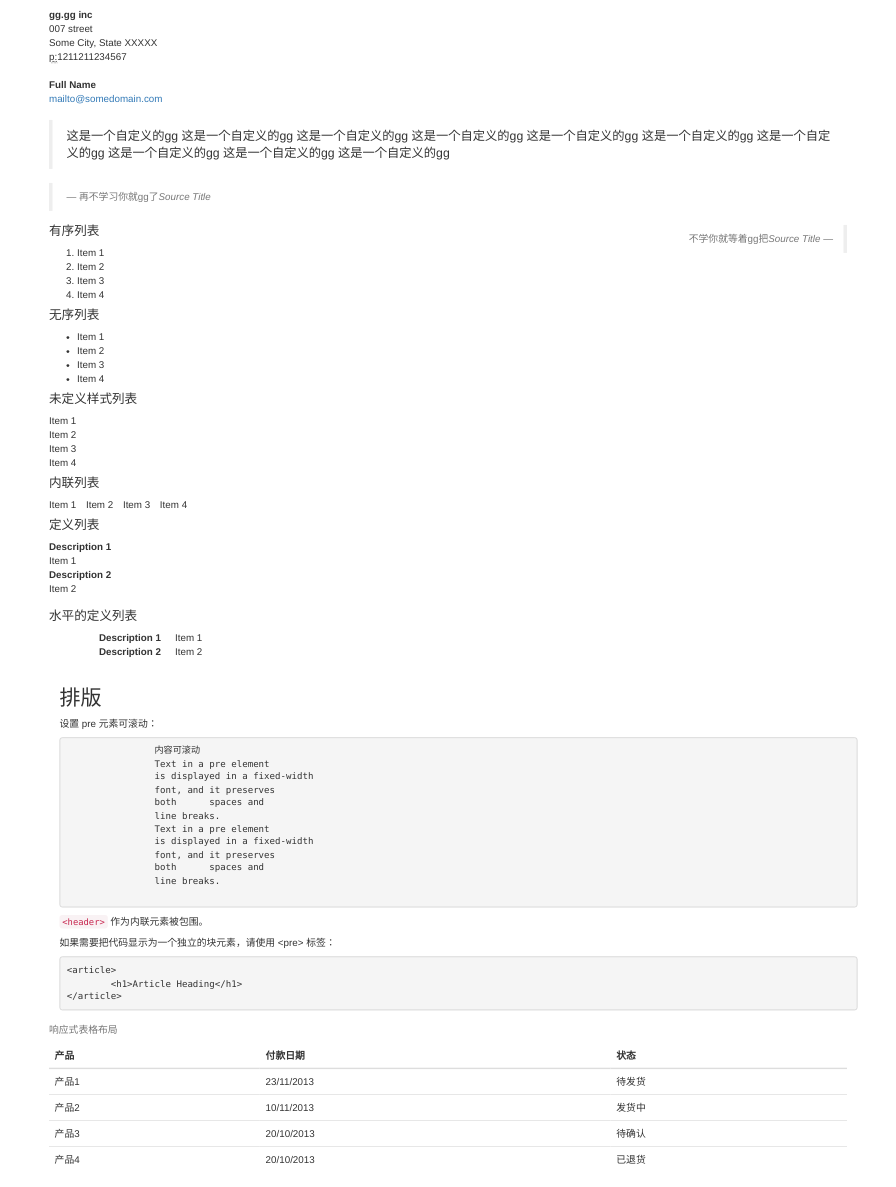
Repository: SnugHAN/eshop_real
Page: eshop_han/gg_shop/WebContent/test.html
These files come from the project's save history. The page is drawn as it stood at one moment and after the next save; the edit follows.
The browser window is 1280 px wide. The pictures show the part of the page from y = 705 to 2625 px (the page is 2400 px tall before and 2625 px after), at 70% of full size.

Above is the page before, as saved 2017-05-26 08:45:37.
Console error (its wording comes from the project's code and is left out).

### eshop_han/gg_shop/WebContent/test.html
<!DOCTYPE html>
<html>
<head>
   <meta charset="utf-8">
   <meta name="viewport" content="width=deceive-width,
                                  initial-scale=1.0,
                                  maxmum-scale=1.0,
                                  user-scalable=no


   ">
   <title>测试一下bootstrap好用不</title>
  <link rel="stylesheet" href="bootstrap-3.3.7-dist/css/bootstrap.min.css">
  <link rel="stylesheeet" href="css/login.css">
   <script src="bootstrap-3.3.7-dist/js/bootstrap.min.js"></script>

</head>
<body>
    <div class="container">
    <h1>Hello, world!</h1>

    <div class="row">
        <div class="col-md-6"  style="background-color: #dedef8; box-shadow: inset 1px -1px 1px #444, inset -1px 1px 1px #444;">
            <p>Lorem ipsum dolor sit amet, consectetur adipisicing elit, sed do
            eiusmod tempor incididunt ut labore et dolore magna aliqua. Ut
            enim ad minim veniam, quis nostrud exercitation ullamco laboris
            nisi ut aliquip ex ea commodo consequat.
            </p>

            <p>Sed ut perspiciatis unde omnis iste natus error sit voluptatem
            accusantium doloremque laudantium, totam rem aperiam, eaque ipsa
            quae ab illo inventore veritatis et quasi architecto beatae vitae
            dicta sunt explicabo.
            </p>
        </div>

        <div class="col-md-6" style="background-color: #dedef8;box-shadow: inset 1px -1px 1px #444, inset -1px 1px 1px #444;">
            <p>Sed ut perspiciatis unde omnis iste natus error sit voluptatem
            accusantium doloremque laudantium.
            </p>

            <p> Neque porro quisquam est, qui dolorem ipsum quia dolor sit amet,
            consectetur, adipisci velit, sed quia non numquam eius modi
            tempora incidunt ut labore et dolore magnam aliquam quaerat
            voluptatem.
            </p>
        </div>
    </div>
    <div class="font">
    <h1>gg</h1>
    <h2>gg</h2>
    <h3>gg</h3>
    <h4>gg</h4>
    <h5>gg</h5>
    <h6>gg</h6>
    <small>gg</small>
    <em>gg</em>
    <p class="text-left">gg</p>
    <p class="text-center">gg</p>
    <p class="text-right">gg</p>
    <p class="text-warning">gg</p>
    <p class="text-success">gg</p>
    <p class="text-danger">gg</p>
    <p class="text-info">gg</p>
    <p class="text-primary">gg</p>
    </div>
    <address>
    <strong>gg.gg  inc</strong><br>
    007 street<br>
  Some City, State XXXXX<br>
  <abbr title="Phone">p:</abbr>1211211234567

    </address>
    <address>
    <strong>Full Name</strong><br>
  <a href="mailto:#">mailto@somedomain.com</a>
    </address>
    <blockquote><p>这是一个自定义的gg 这是一个自定义的gg 这是一个自定义的gg 这是一个自定义的gg 这是一个自定义的gg
    这是一个自定义的gg 这是一个自定义的gg 这是一个自定义的gg 这是一个自定义的gg 这是一个自定义的gg</p></blockquote>
<blockquote>
<small>再不学习你就gg了<cite title="Source Title">Source Title</cite></small>

</blockquote>
<blockquote class="pull-right">
<small>不学你就等着gg把<cite title="Source Title">Source Title</cite></small>
</blockquote>
<h4>有序列表</h4>
<ol>
  <li>Item 1</li>
  <li>Item 2</li>
  <li>Item 3</li>
  <li>Item 4</li>
</ol>
<h4>无序列表</h4>
<ul>
  <li>Item 1</li>
  <li>Item 2</li>
  <li>Item 3</li>
  <li>Item 4</li>
</ul>
<h4>未定义样式列表</h4>
<ul class="list-unstyled">
  <li>Item 1</li>
  <li>Item 2</li>
  <li>Item 3</li>
  <li>Item 4</li>
</ul>
<h4>内联列表</h4>
<ul class="list-inline">
  <li>Item 1</li>
  <li>Item 2</li>
  <li>Item 3</li>
  <li>Item 4</li>
</ul>
<h4>定义列表</h4>
<dl>
  <dt>Description 1</dt>
  <dd>Item 1</dd>
  <dt>Description 2</dt>
  <dd>Item 2</dd>
</dl>
<h4>水平的定义列表</h4>
<dl class="dl-horizontal">
  <dt>Description 1</dt>
  <dd>Item 1</dd>
  <dt>Description 2</dt>
  <dd>Item 2</dd>
</dl>
<div class="container">
	<h2>排版</h2>
	<p>设置 pre 元素可滚动：</p>
	<pre class="pre-scrollable">
		内容可滚动
		Text in a pre element
		is displayed in a fixed-width
		font, and it preserves
		both      spaces and
		line breaks.
		Text in a pre element
		is displayed in a fixed-width
		font, and it preserves
		both      spaces and
		line breaks.
	</pre>
	<p><code>&lt;header&gt;</code> 作为内联元素被包围。</p>
<p>如果需要把代码显示为一个独立的块元素，请使用 &lt;pre&gt; 标签：</p>
<pre>
&lt;article&gt;
	&lt;h1&gt;Article Heading&lt;/h1&gt;
&lt;/article&gt;
</pre>

</div>
<div class="table-responsive">
	<table class="table">
		<caption>响应式表格布局</caption>
		<thead>
			<tr>
				<th>产品</th>
				<th>付款日期</th>
				<th>状态</th>
			</tr>
		</thead>
		<tbody>
			<tr>
				<td>产品1</td>
				<td>23/11/2013</td>
				<td>待发货</td>
			</tr>
			<tr>
				<td>产品2</td>
				<td>10/11/2013</td>
				<td>发货中</td>
			</tr>
			<tr>
				<td>产品3</td>
				<td>20/10/2013</td>
				<td>待确认</td>
			</tr>
			<tr>
				<td>产品4</td>
				<td>20/10/2013</td>
				<td>已退货</td>
			</tr>
		</tbody>
</table>
</div>
</div>

</body>
</html>

Loaded but not shown: eshop_han/gg_shop/WebContent/bootstrap-3.3.7-dist/css/bootstrap.min.css (library); eshop_han/gg_shop/WebContent/bootstrap-3.3.7-dist/js/bootstrap.min.js (library)

After the next save:
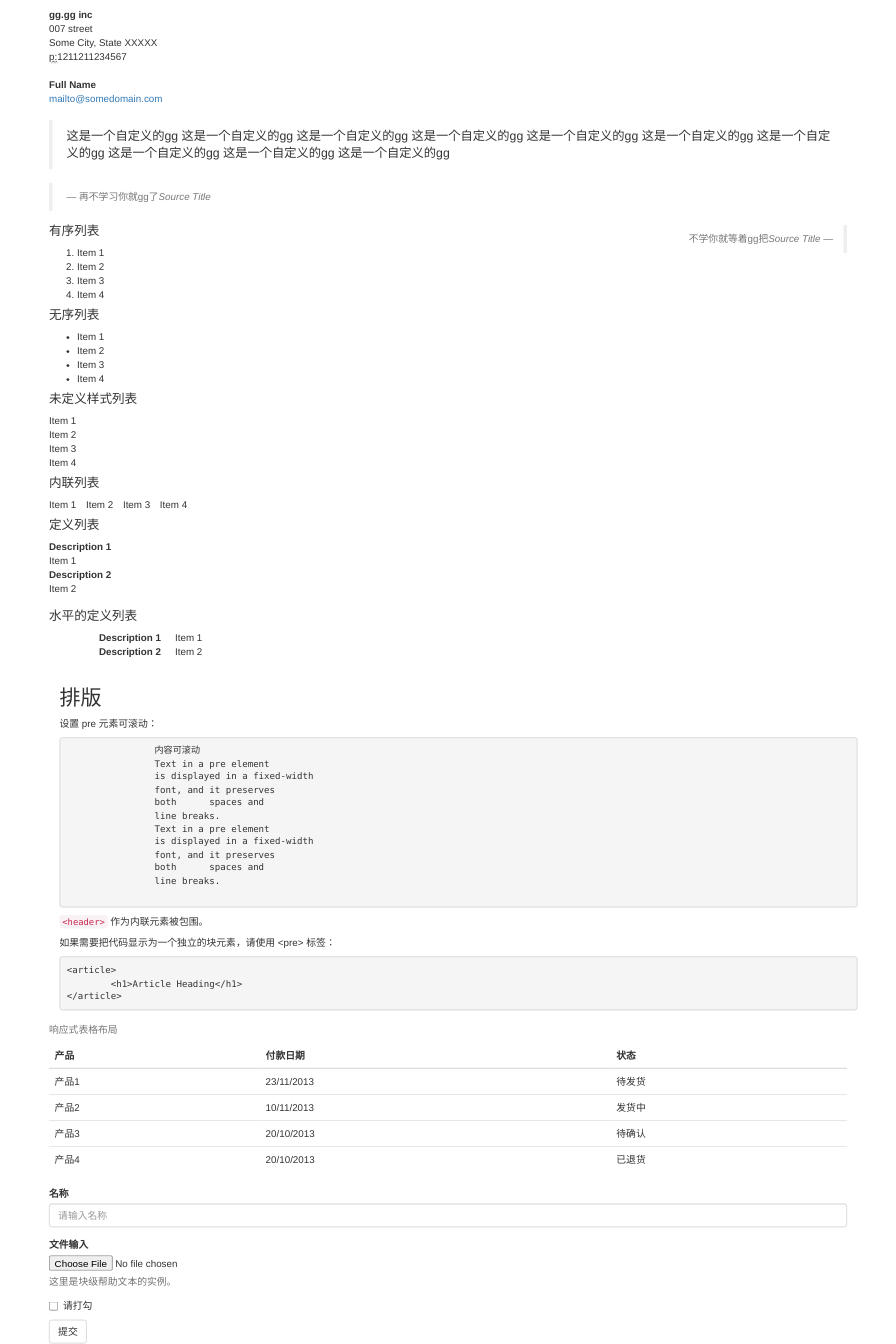
Saved 4 min 30 s later.
--- a/eshop_han/gg_shop/WebContent/test.html
+++ b/eshop_han/gg_shop/WebContent/test.html
@@ -185,6 +185,24 @@
 		</tbody>
 </table>
 </div>
+<form role="form">
+	<div class="form-group">
+		<label for="name">名称</label>
+		<input type="text" class="form-control" id="name"
+			   placeholder="请输入名称">
+	</div>
+	<div class="form-group">
+		<label for="inputfile">文件输入</label>
+		<input type="file" id="inputfile">
+		<p class="help-block">这里是块级帮助文本的实例。</p>
+	</div>
+	<div class="checkbox">
+		<label>
+			<input type="checkbox"> 请打勾
+		</label>
+	</div>
+	<button type="submit" class="btn btn-default">提交</button>
+</form>
 </div>
 
 </body>
